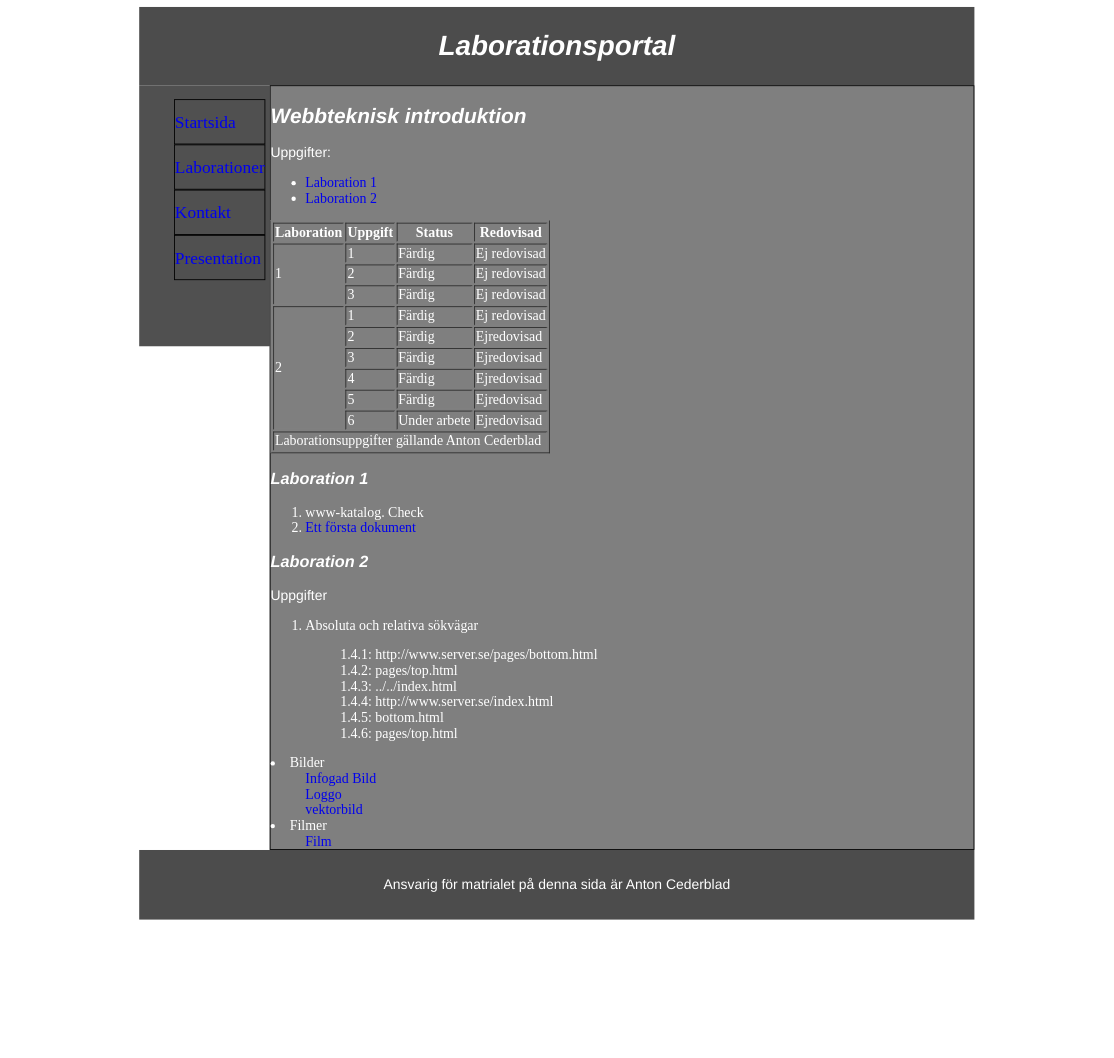
Repository: ac222jv/1IK415-Laborationer
Page: Pages/Laborationer.html
The author's editor kept a record of every edit. The page is drawn from the files as they stood at one moment, then again after the next edit.
The browser window is 1280 px wide. The pictures show the whole page, at 87% of full size.

Above is the page before.

After the next edit:
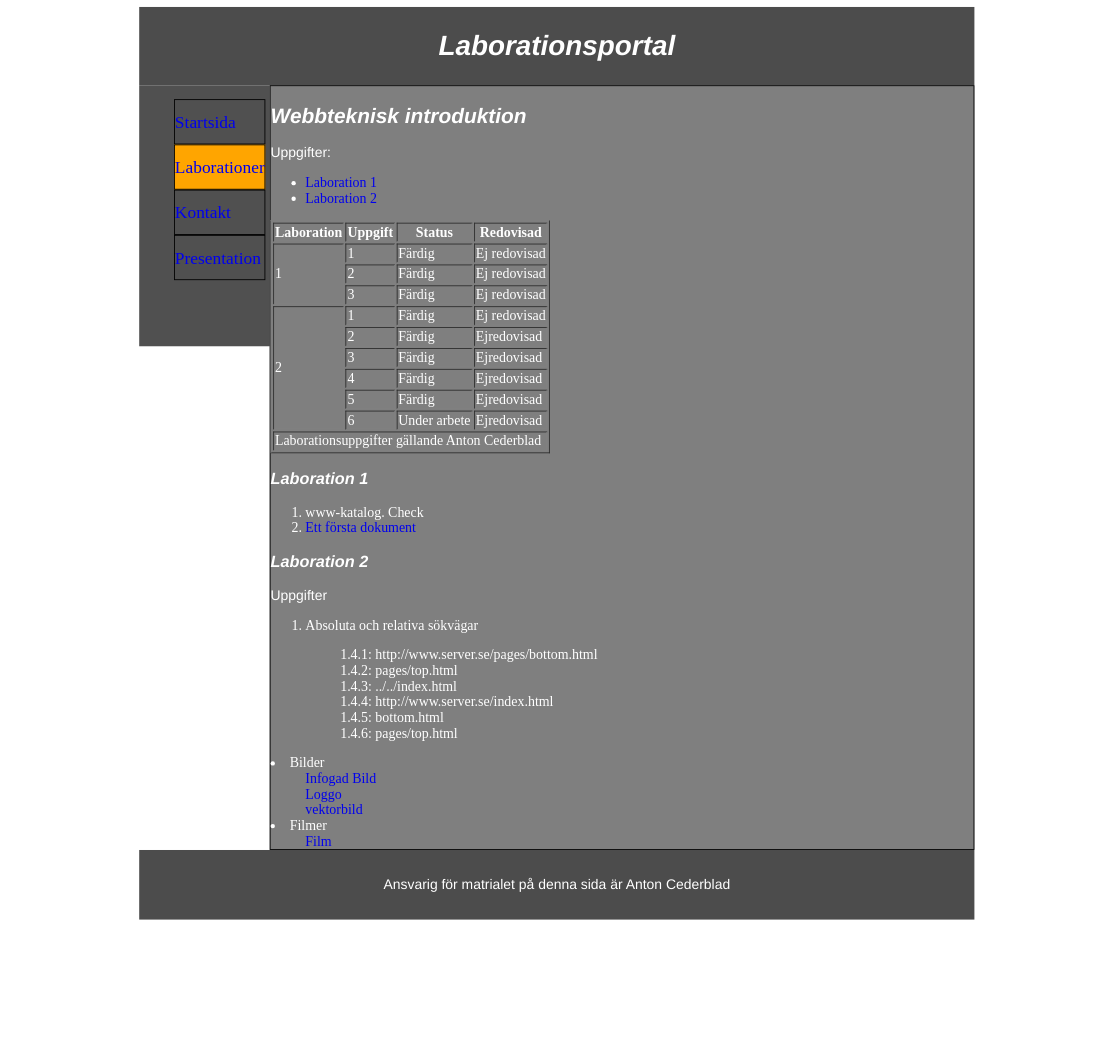
The edit:
--- a/Pages/Laborationer.html
+++ b/Pages/Laborationer.html
@@ -18,7 +18,7 @@
                     </li>
 
                     <li>
-                        <a href="Laborationer.html"> Laborationer </a>
+                        <a href="Laborationer.html"class="active"> Laborationer </a>
                     </li>
 
                     <li>
